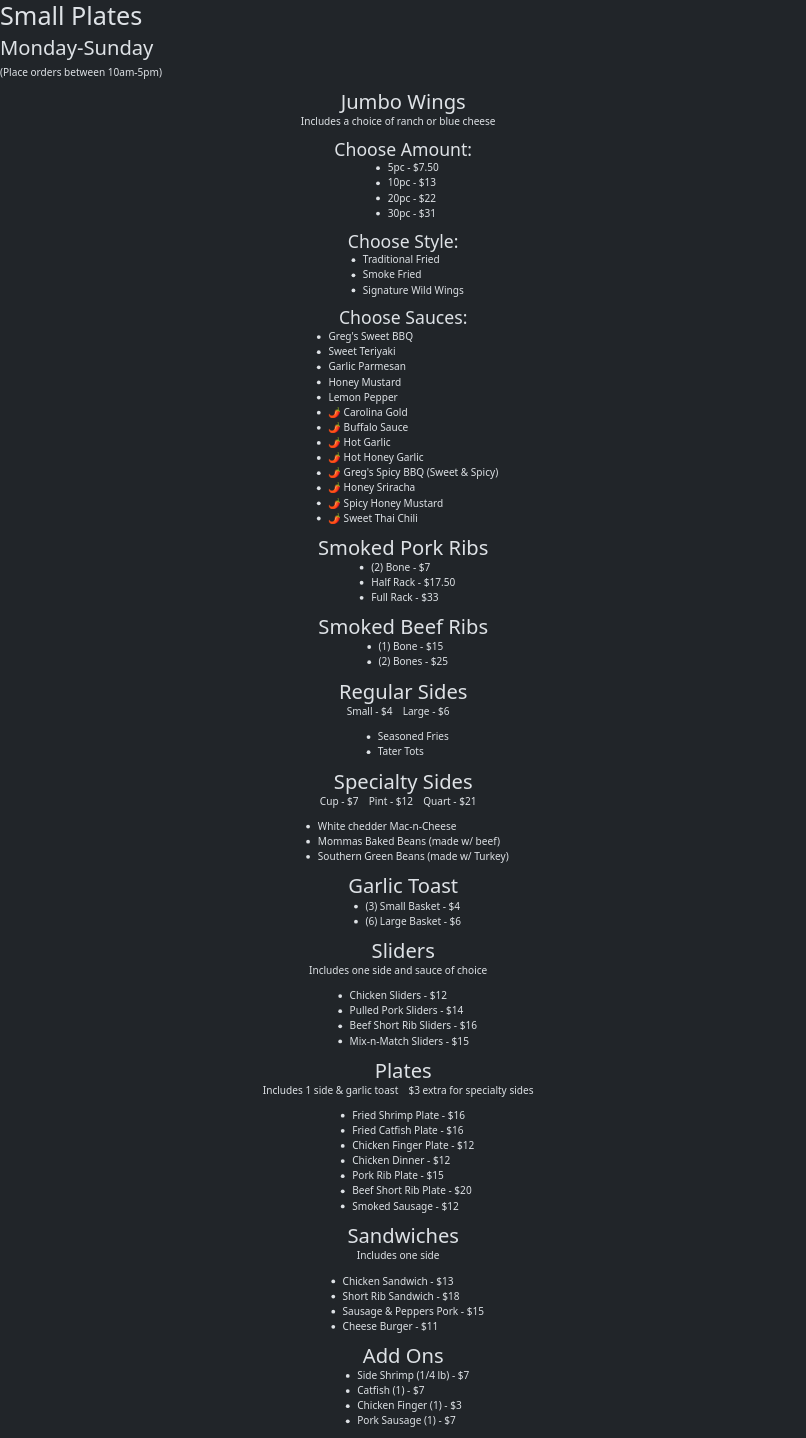
Repository: dukedward/smokehousemenu
Page: plates/index.html
The author's editor kept a copy of each file at every save. The page is drawn from the files as they stood at one save, then again after the next save.
The browser window is 1280 px wide. The pictures show the whole page, at 63% of full size.
Some web libraries are served in a nearby version.

Above is the page before, as saved 2023-03-01 09:11:24.

After the next save:
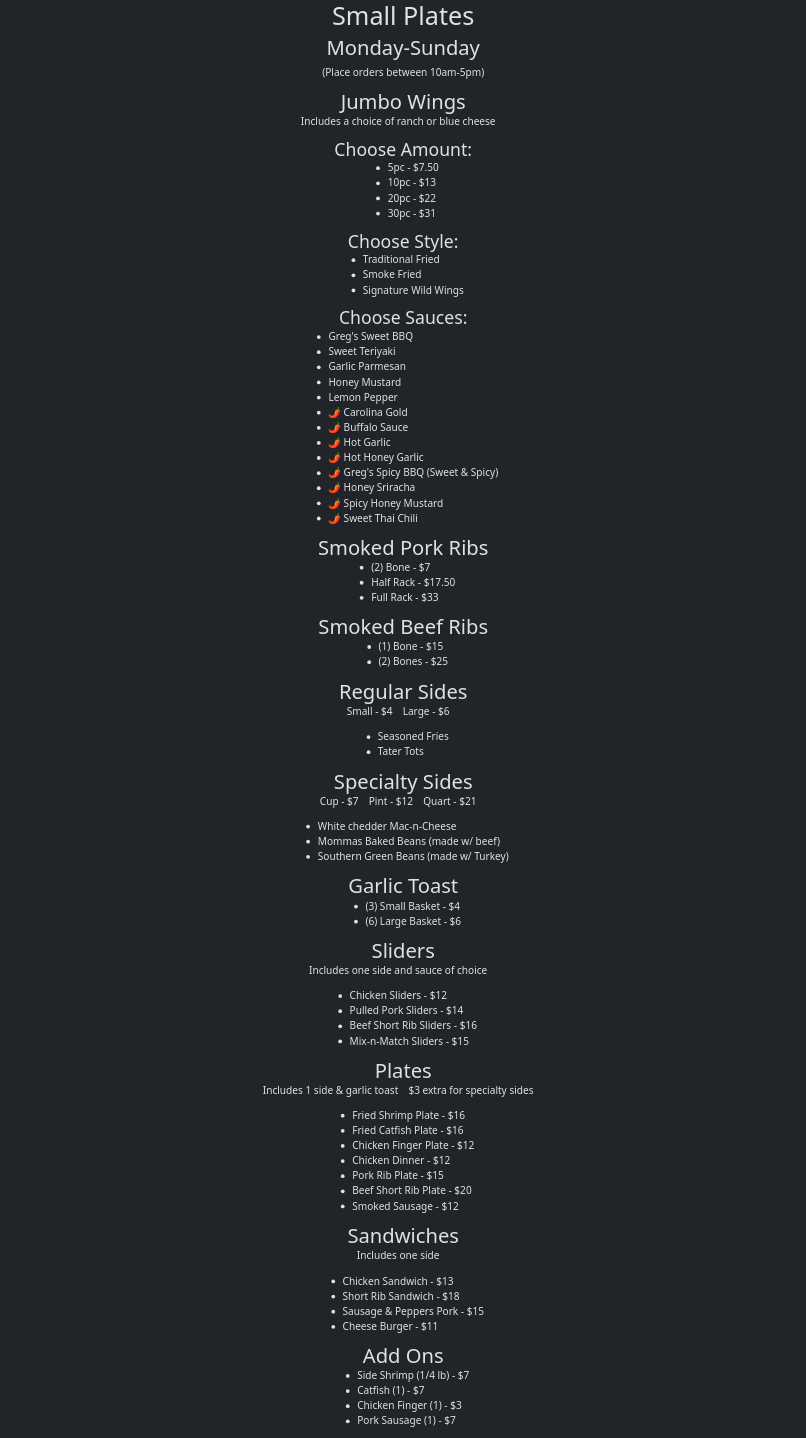
Saved 11 s later.
--- a/style.css
+++ b/style.css
@@ -15,12 +15,7 @@
     padding: 0;
 }
 
-.title {
-	display: flex;
-	flex-direction: column;
-	justify-content: center;
-	align-items: center;
-}
+
 
 .title h1,h2,p {
     margin-bottom: 0;
@@ -40,6 +35,13 @@ dd {
 h1,h2,h3,ul,li,p {
     color: #fff;
 } */
+
+.title {
+	display: flex;
+	flex-direction: column;
+	justify-content: center;
+	align-items: center;
+}
 
 .sections {
 	display: grid;
